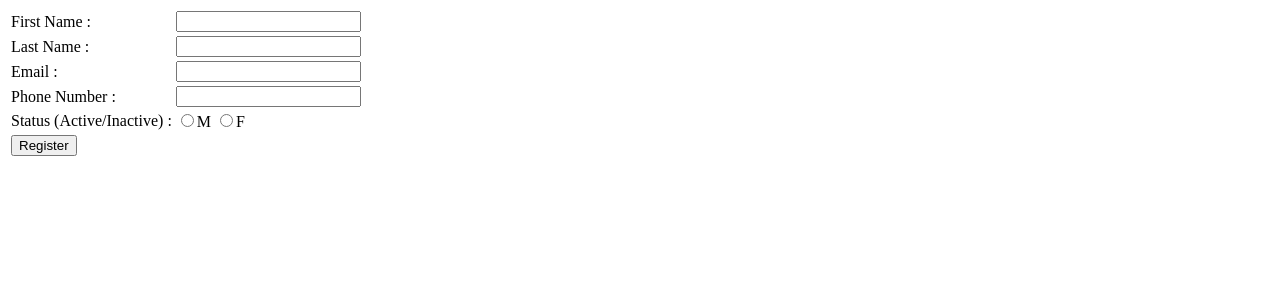
Repository: aniketaag/Test-Application
Page: http://localhost/evolent/WEB-INF/views/index.jsp
These files come from the project's save history. The page is drawn as it stood at one moment and after the next save; the edit follows.
The browser window is 1280 px wide. The pictures show the whole page.
The page is served by Tomcat 9. Nobody is signed in. Other server files are loaded and not shown. The template is opened directly, without the code that normally fills it, so the values that code supplies are empty.

Above is the page before, as saved 2020-01-18 15:46:12.

### evolent/src/main/webapp/WEB-INF/views/index.jsp
<%@ taglib prefix="form" uri="http://www.springframework.org/tags/form" %>
<html>
<head>
<title>Registration Page</title>
<style>
.error {
	color: #ff0000;
	font-style: italic;
}
</style>
</head>
<body>

<form:form method="POST" modelAttribute="user">
<table>
    <tr>
        <td>First Name :</td>
        <td><form:input path="firstName" /></td>
        <td><labels path="firstName" cssClass="error" /></td>
    </tr>
    <tr>
        <td>Last Name :</td>
        <td><form:input path="lastName" /></td>
        <td><labels path="lastName" cssClass="error" /></td>
    </tr>
    <tr>
        <td>Email :</td>
        <td><form:input path="email" /></td>
        <td><labels path="email" cssClass="error" /></td>
    </tr>
    <tr>
        <td>Phone Number :</td>
        <td><form:input path="phoneNumber" /></td>
        <td><labels path="phoneNumber" cssClass="error" /></td>
    </tr>
    <tr>
        <td>Status (Active/Inactive) :</td>
        <td><form:radiobutton path="status" value="Active" label="M" />
            <form:radiobutton path="status" value="Inactive" label="F" /></td>
        <td><form:errors path="status" cssClass="error" /></td>
    </tr>
    <tr>
        <td colspan="3"><input type="submit" value="Register" ></td>
    </tr>
</table>
</form:form>

</body>
</html>

After the next save:
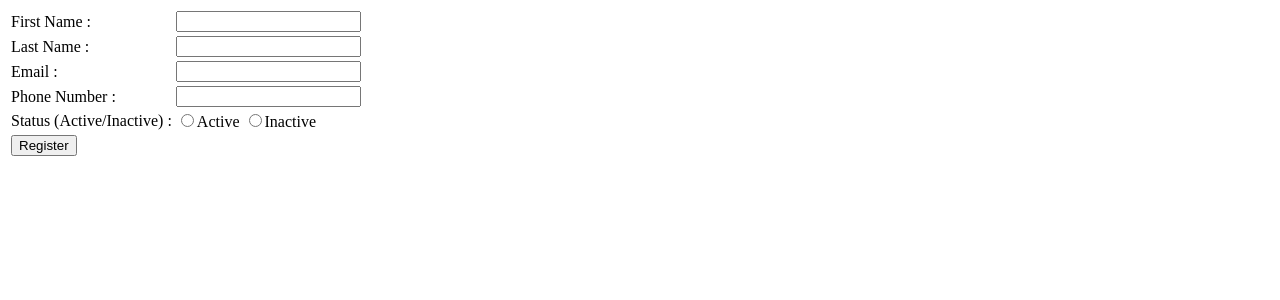
Saved 10 s later.
--- a/evolent/src/main/webapp/WEB-INF/views/index.jsp
+++ b/evolent/src/main/webapp/WEB-INF/views/index.jsp
@@ -35,8 +35,8 @@
     </tr>
     <tr>
         <td>Status (Active/Inactive) :</td>
-        <td><form:radiobutton path="status" value="Active" label="M" />
-            <form:radiobutton path="status" value="Inactive" label="F" /></td>
+        <td><form:radiobutton path="status" value="Active" label="Active" />
+            <form:radiobutton path="status" value="Inactive" label="Inactive" /></td>
         <td><form:errors path="status" cssClass="error" /></td>
     </tr>
     <tr>
